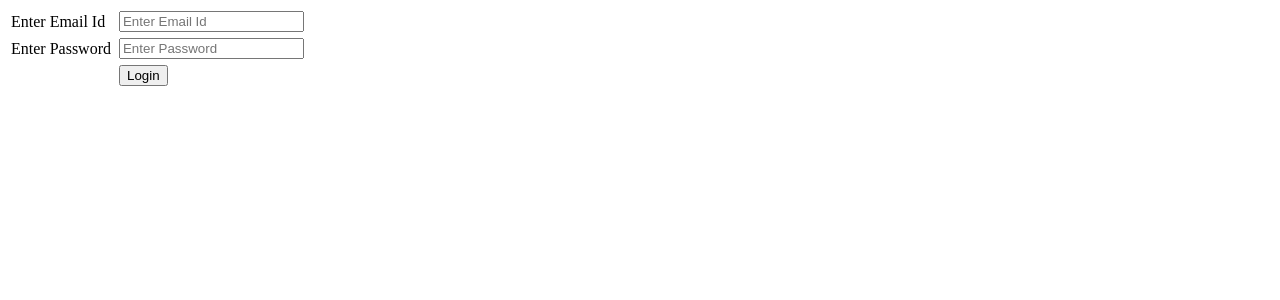
Repository: Ranjith-Kondra/FSD57_MODULE3
Page: AdvJava/WorkSpace2/EmpWebApp/WebContent/Login.html
An editor plug-in stored every save of this project. The page is shown before and after the next save, followed by the edit.
The browser window is 1280 px wide. The pictures show the whole page.

Above is the page before, as saved 2024-01-03 12:50:59.

After the next save:
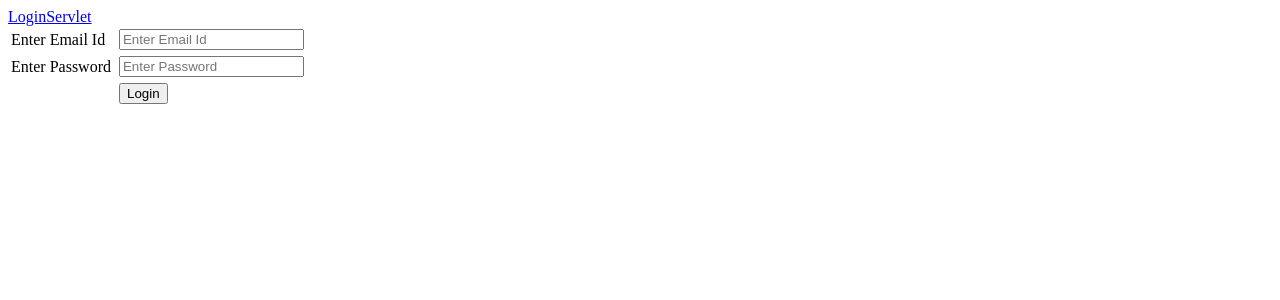
Saved 5 min 38 s later.
--- a/AdvJava/WorkSpace2/EmpWebApp/WebContent/Login.html
+++ b/AdvJava/WorkSpace2/EmpWebApp/WebContent/Login.html
@@ -18,6 +18,8 @@
        <td><input type = "text" name = "password" placeholder = "Enter Password"/><td/>
      <tr/>
 
+     <a href="Loginservlet"/>LoginServlet<a/>
+
      <tr>
         <td><td/>
         <td><button>Login</button><td/>
